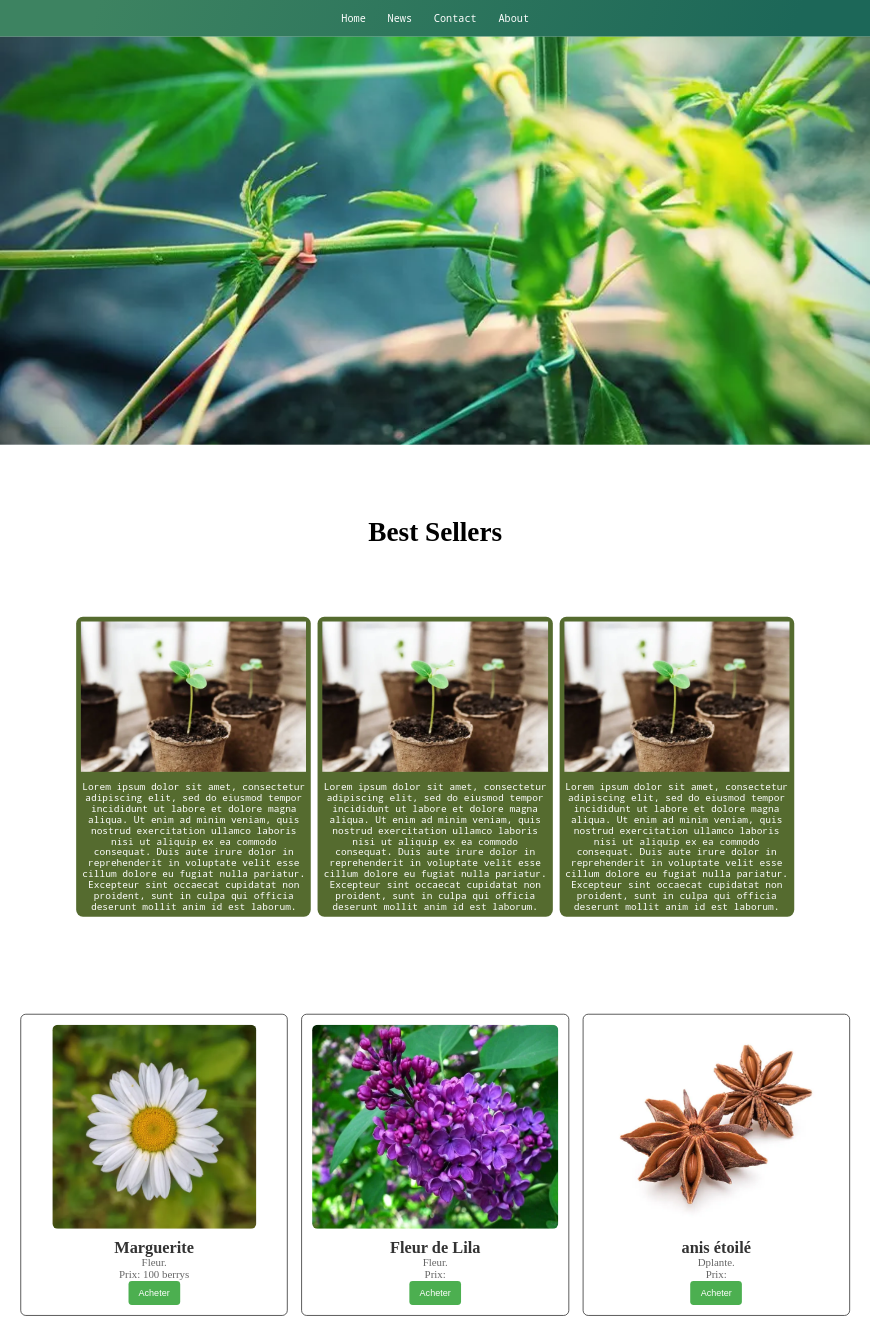
Repository: Flexo874/ISITECH-HTML-CSS
Page: index.html
An editor plug-in stored every save of this project. The page is shown before and after a run of saves, followed by the edit.
The browser window is 1280 px wide. The pictures show the whole page, at 68% of full size.

Above is the page before, as saved 2024-01-02 18:55:46.

After the next 2 saves:
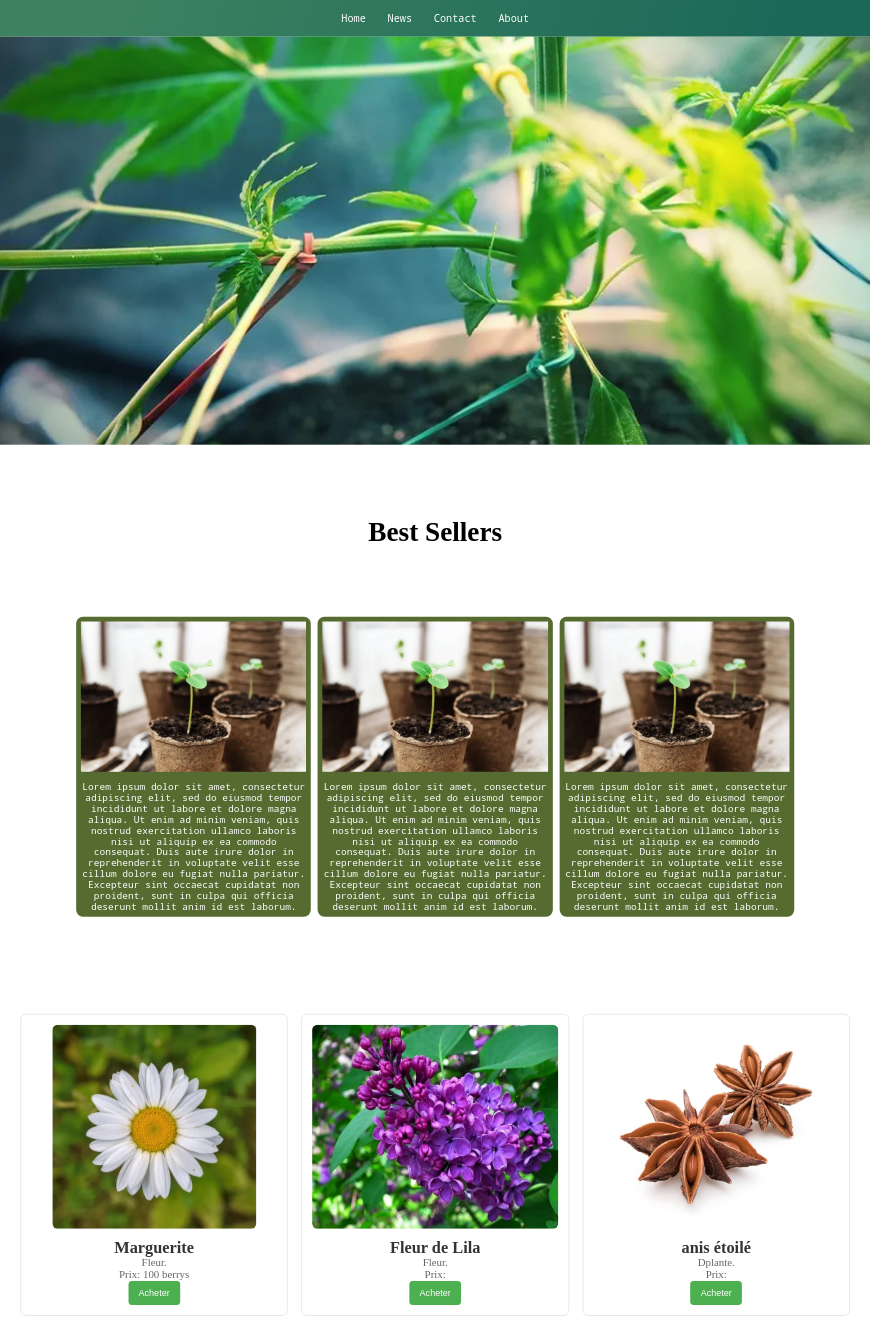
The 2 saves are shown as one change because they came seconds apart.
The last was saved 10 s later.
--- a/style.css
+++ b/style.css
@@ -116,8 +116,14 @@
   transition: transform 0.3s ease-in-out;
   width: calc(33.33% - 20px);
   box-sizing: border-box;
+
+  border: 1px solid #ddd;
+  border-radius: 8px;
+  margin: 10px;
+  padding: 15px;
+  text-align: center;
+  transition: transform 0.3s ease-in-out;
 }
-
 
 .produit:hover {
   transform: scale(1.05);

After the save that followed:
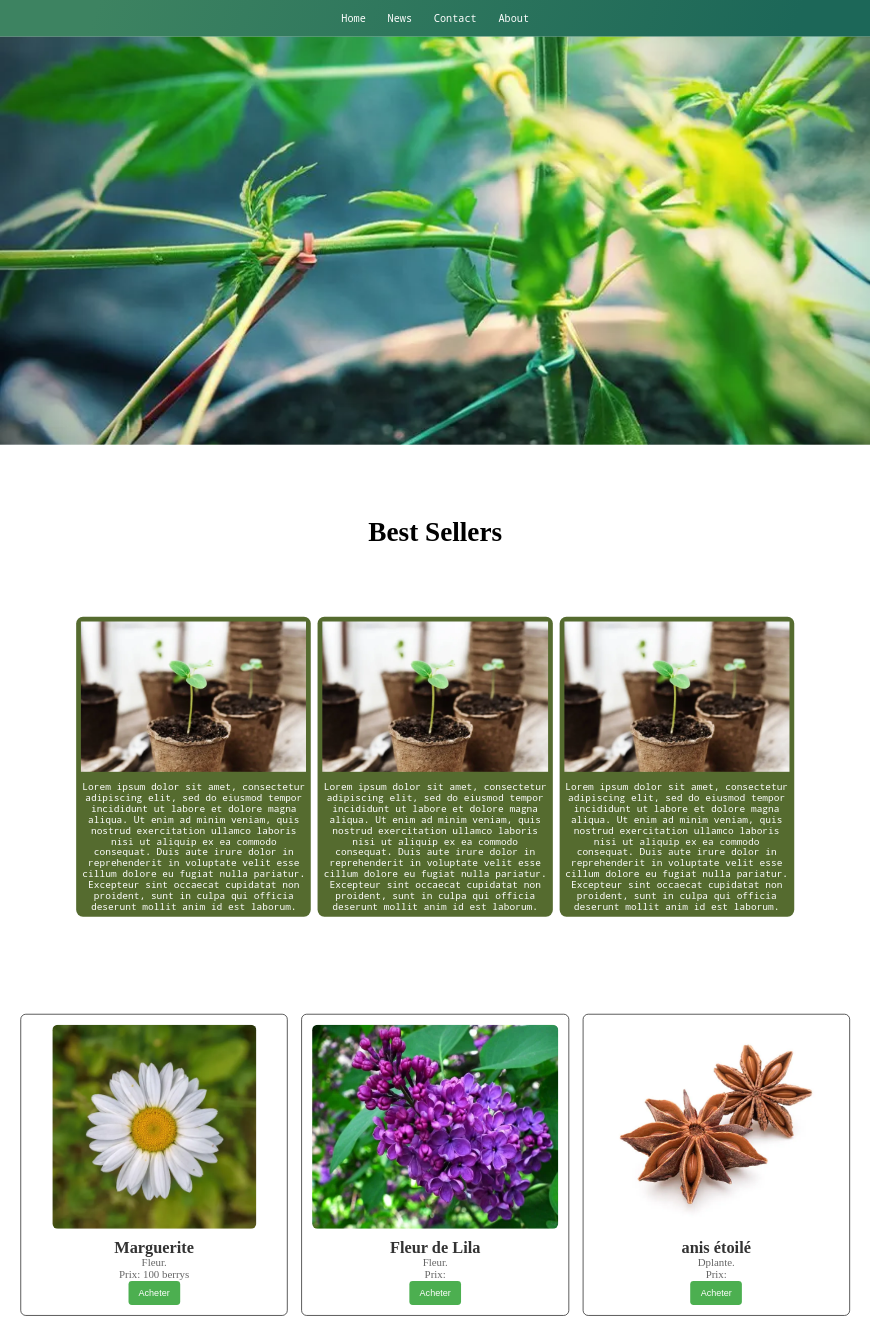
Saved 17 s later.
--- a/style.css
+++ b/style.css
@@ -117,12 +117,7 @@
   width: calc(33.33% - 20px);
   box-sizing: border-box;
 
-  border: 1px solid #ddd;
-  border-radius: 8px;
-  margin: 10px;
-  padding: 15px;
-  text-align: center;
-  transition: transform 0.3s ease-in-out;
+
 }
 
 .produit:hover {
